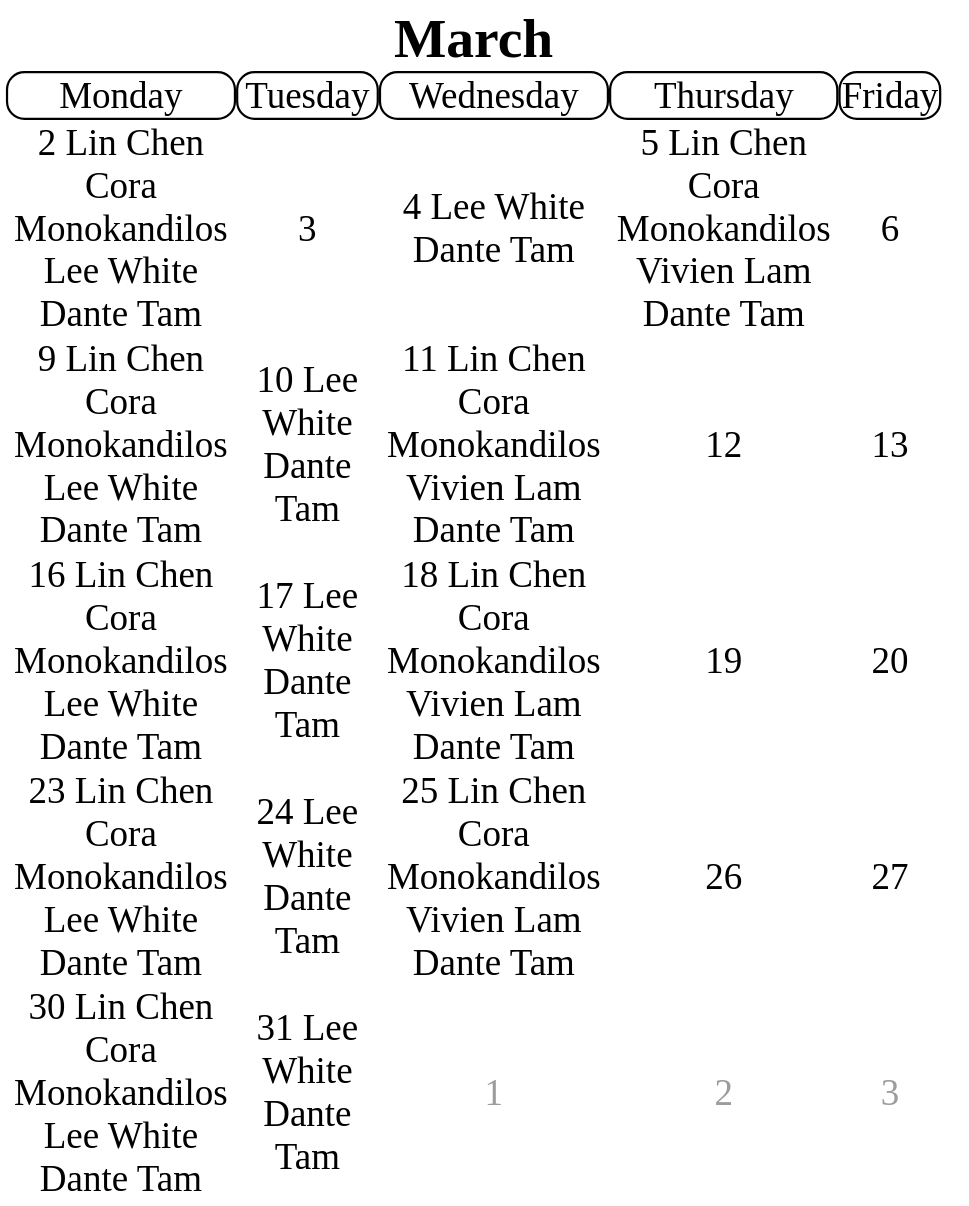
Repository: shleewhite/missionBitCalendar
Page: views/mar.html
The author's editor kept a record of every edit. The page is drawn from the files as they stood at one moment, then again after the next edit.
The browser window is 1280 px wide. The page is 1280 px wide, then 1310 px, so the pictures cover 1310 px, including what lies to the right of the window. The pictures show the whole page, at 74% of full size.

Above is the page before.

### views/mar.html
<article id="mar">
<html>
    <link rel="stylesheet" type="text/css" href="main.css">
    <head></head>
    <body>
        <table id="monthTable">
                <th class="monthHeader" colspan="5">March</th>
            <tr>
                <td class="weekday">Monday</td>
                <td class="weekday">Tuesday</td>
                <td class="weekday">Wednesday</td>
                <td class="weekday">Thursday</td>
                <td class="weekday">Friday</td>
            </tr>
            <tr>
                <td>2 Lin Chen<br>Cora Monokandilos<br>Lee White<br>Dante Tam</td>
                <td>3</td>
                <td>4 Lee White<br>Dante Tam</td>
                <td>5 Lin Chen<br>Cora Monokandilos<br>Vivien Lam<br>Dante Tam</td>
                <td>6</td>
            </tr>
            <tr>
                <td>9 Lin Chen<br>Cora Monokandilos<br>Lee White<br>Dante Tam</td>
                <td>10 Lee White<br>Dante Tam</td>
                <td>11 Lin Chen<br>Cora Monokandilos<br>Vivien Lam<br>Dante Tam</td>
                <td>12</td>
                <td>13</td>
            </tr>
            <tr>
                <td>16 Lin Chen<br>Cora Monokandilos<br>Lee White<br>Dante Tam</td>
                <td>17 Lee White<br>Dante Tam</td>
                <td>18 Lin Chen<br>Cora Monokandilos<br>Vivien Lam<br>Dante Tam</td>
                <td>19</td>
                <td>20</td>
            </tr>
            <tr>
                <td>23 Lin Chen<br>Cora Monokandilos<br>Lee White<br>Dante Tam</td>
                <td>24 Lee White<br>Dante Tam</td>
                <td>25 Lin Chen<br>Cora Monokandilos<br>Vivien Lam<br>Dante Tam</td>
                <td>26</td>
                <td>27</td>
            </tr>
            <tr>
                <td>30 Lin Chen<br>Cora Monokandilos<br>Lee White<br>Dante Tam</td>
                <td>31 Lee White<br>Dante Tam</td>
                <td class="nextMonth">1</td>
                <td class="nextMonth">2</td>
                <td class="nextMonth">3</td>
            </tr>
        </table>
    </body>
</html>

### views/main.css
table {
    text-align: center;
    font-size: 50px;
    width: 100%;
    height: 700px;
    border-spacing: 50px 20px;

}
table th {
    text-align: center;
}
#year{
    /*font-family: 'Lobster', cursive;*/
    font-size: 100px;
}
.month{
    border-collapse: separate;
    border-color: #000000;
    border-radius: 25px;
    border-style: double;

    border-top-width: 15px;
    border-bottom-width: 15px;
    border-left-width: 15px;
    border-right-width: 15px;
    cursor: pointer;
}
.monthHeader {
    font-size: 75px;
    border-style: none;
}
.weekday {
    font-size: 50px;
    border-style: solid;
    border-radius: 25px;
}
#monthTable {
    border-spacing: 0px;
    border-color: #000000;
    border-radius: 25px;
    cursor: pointer;
    padding: 0px;
}
.days {
    font-size: 20px;
    text-align: left;
    border-style: double;
}
.noOne {
    text-align: center;
}
.nextMonth {
    color: #9C9C9C;
}

After the next edit:
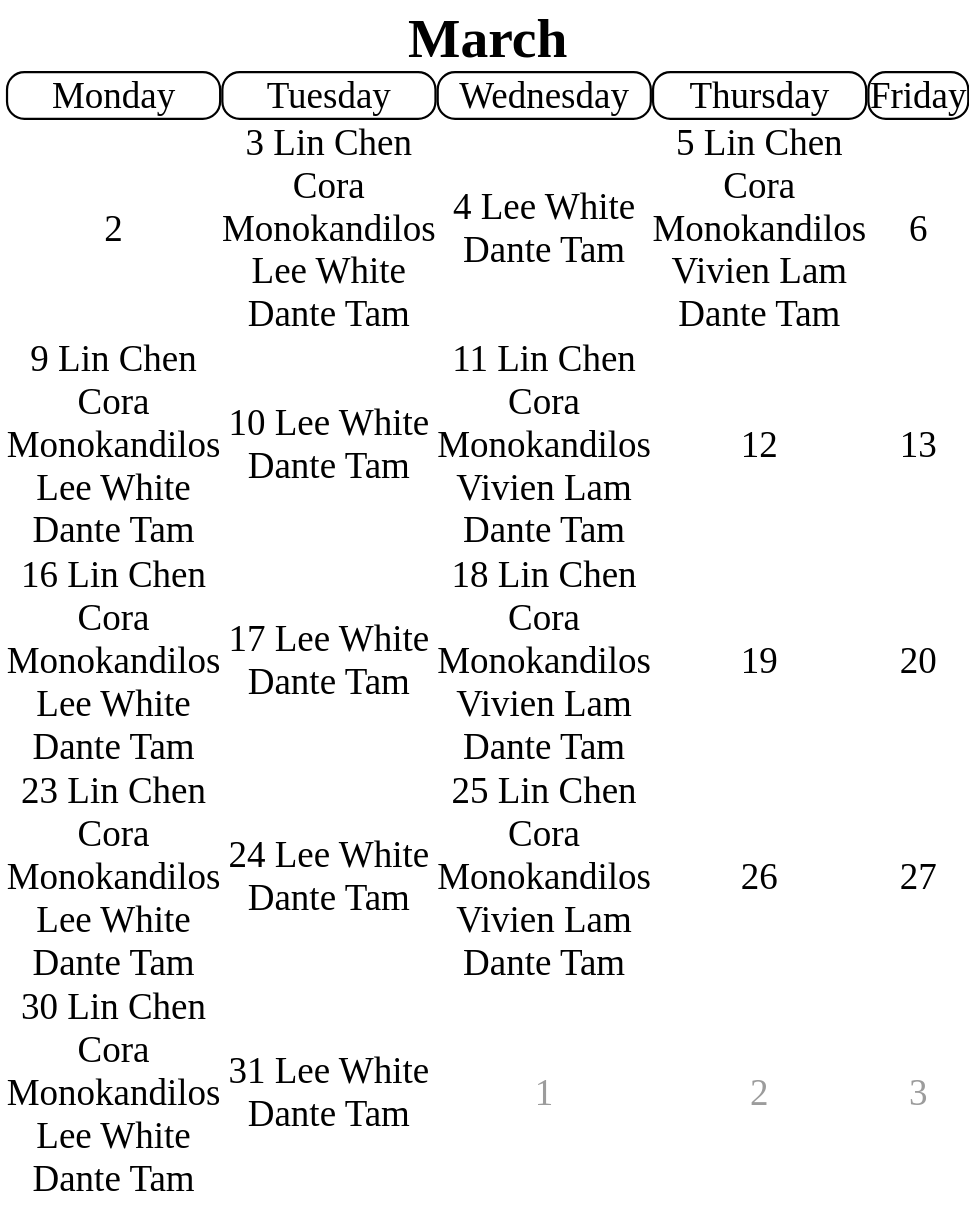
The edit:
--- a/views/mar.html
+++ b/views/mar.html
@@ -13,8 +13,8 @@
                 <td class="weekday">Friday</td>
             </tr>
             <tr>
-                <td>2 Lin Chen<br>Cora Monokandilos<br>Lee White<br>Dante Tam</td>
-                <td>3</td>
+                <td>2</td>
+                <td>3 Lin Chen<br>Cora Monokandilos<br>Lee White<br>Dante Tam</td>
                 <td>4 Lee White<br>Dante Tam</td>
                 <td>5 Lin Chen<br>Cora Monokandilos<br>Vivien Lam<br>Dante Tam</td>
                 <td>6</td>
